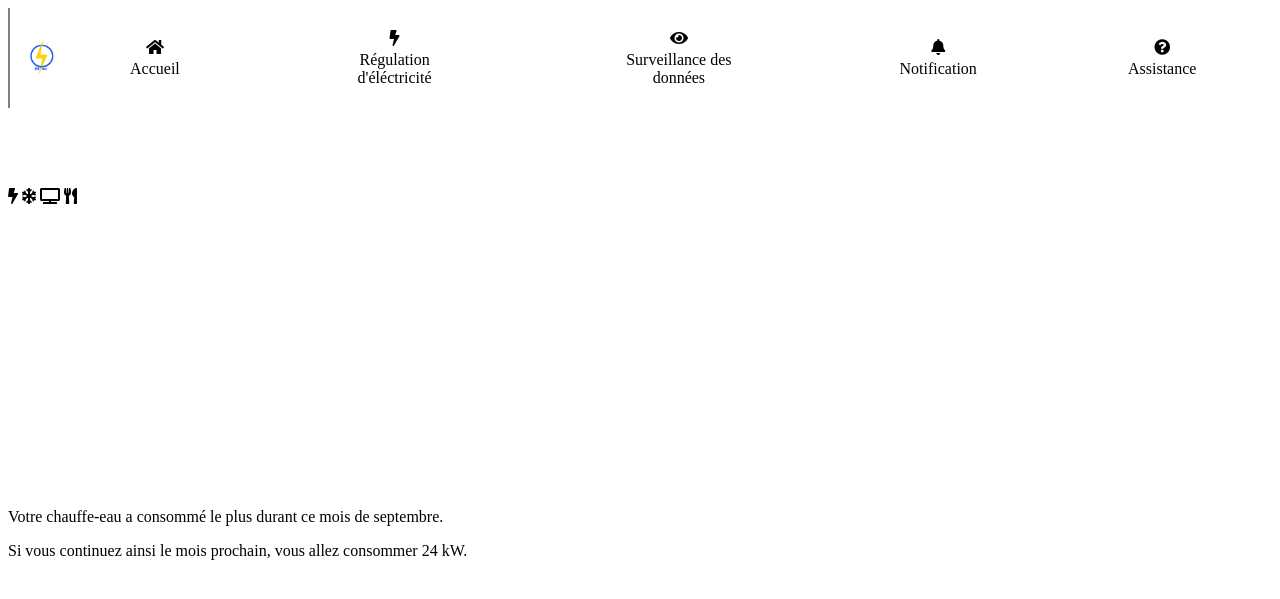
Repository: hamdia200/OSC-Ecowiz
Page: http://localhost/accueil
These files come from the project's save history. The page is drawn as it stood at one moment and after the next save; the edit follows.
The browser window is 1280 px wide. The pictures show the whole page.
The page is served by the project's Laravel application, run on PHP 8.4 with Laravel 10.

Above is the page before, as saved 2023-08-18 14:17:40.
Console error: TypeError: Cannot read properties of null (reading 'getContext')

After the next save:
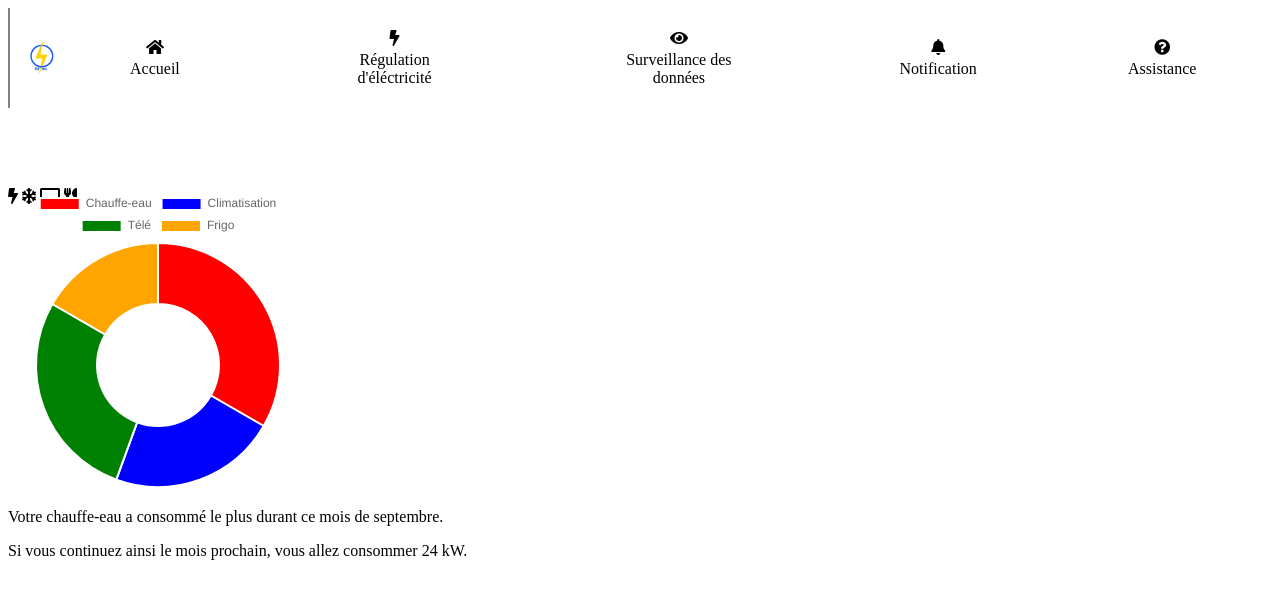
The error is gone.
Saved 32 s later.
--- a/resources/views/accueil.blade.php
+++ b/resources/views/accueil.blade.php
@@ -61,41 +61,26 @@
             </div>
 
 
-                <script>
-                    var ctx = document.getElementById('myCustomChart').getContext('2d');
-                    var data = {
-                        labels: ['<i class="fas fa-laptop"></i>', '<i class="fas fa-tv"></i>', '<i class="fas fa-laptop"></i>', '<i class="fas fa-snowflake"></i>'],
-                        datasets: [{
-                            data: [30, 20, 25, 15],
-                            backgroundColor: [
-                                'red',
-                                'blue',
-                                'green',
-                                'orange'
-                            ],
-                                // hoverBackgroundColor: [
-                                // 'url(chemin_vers_image_appareil_1)',
-                                // 'url(chemin_vers_image_appareil_2)',
-                                // 'url(chemin_vers_image_appareil_3)',
-                                // 'url(chemin_vers_image_appareil_4)'
-                                // ],
-                                borderWidth: 0,
-                                hoverBorderWidth: 0
-                        }],
-                    };
-
-                    var options = {
-                        responsive: true,
-                        maintainAspectRatio: false,
-
-                    };
-
-                    var myChart = new Chart(ctx, {
-                        type: 'doughnut',
-                        data: data,
-                        options: options,
-                    });
-                </script>
+            <script>
+        var ctx = document.getElementById('myChart').getContext('2d');
+        var data = {
+            labels: ['Chauffe-eau', 'Climatisation', 'Télé', 'Frigo'],
+            datasets: [{
+                data: [30, 20, 25, 15],
+                backgroundColor: ['red', 'blue', 'green', 'orange'],
+            }],
+        };
+        var options = {
+            responsive: true,
+            maintainAspectRatio: false,
+            legend: { display: false },
+        };
+        var myChart = new Chart(ctx, {
+            type: 'doughnut',
+            data: data,
+            options: options,
+        });
+    </script>
         </div>
     </body>
 
